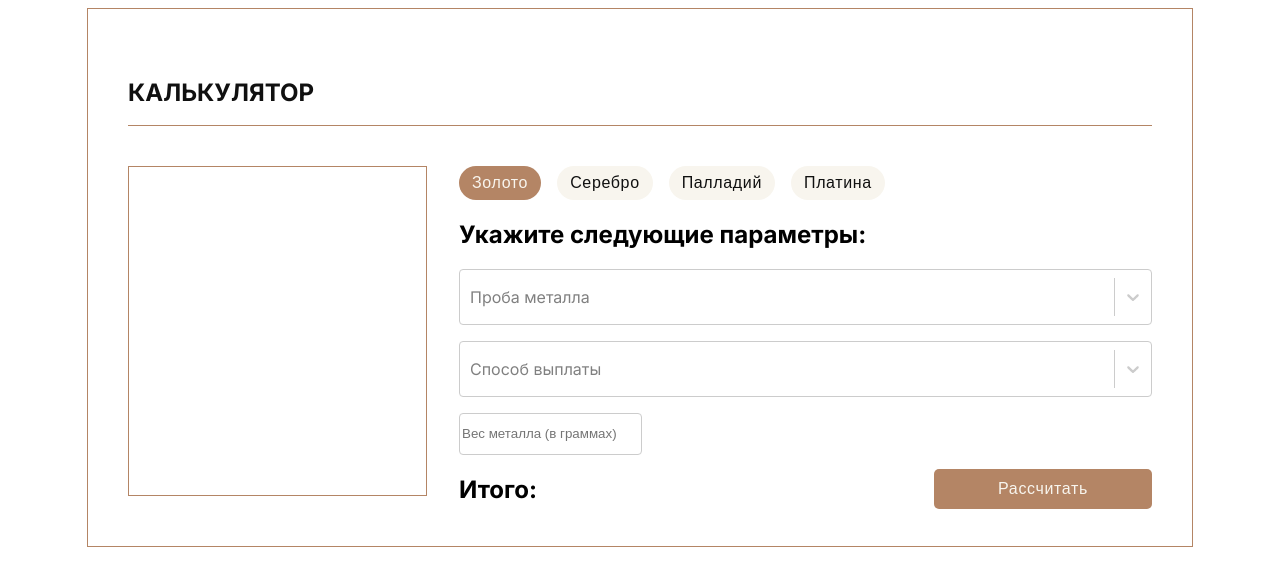
Repository: Kirill2034/Calculator-metal
Page: /
The author's editor kept a copy of each file at every save. The page is drawn from the files as they stood at one save, then again after the next save.
The browser window is 1280 px wide. The pictures show the whole page.
The project was rebuilt for these pictures with package versions that can differ from the ones it lists, and the page was loaded fresh each time.

Above is the page before, as saved 2021-11-27 20:18:19.

After the next save:
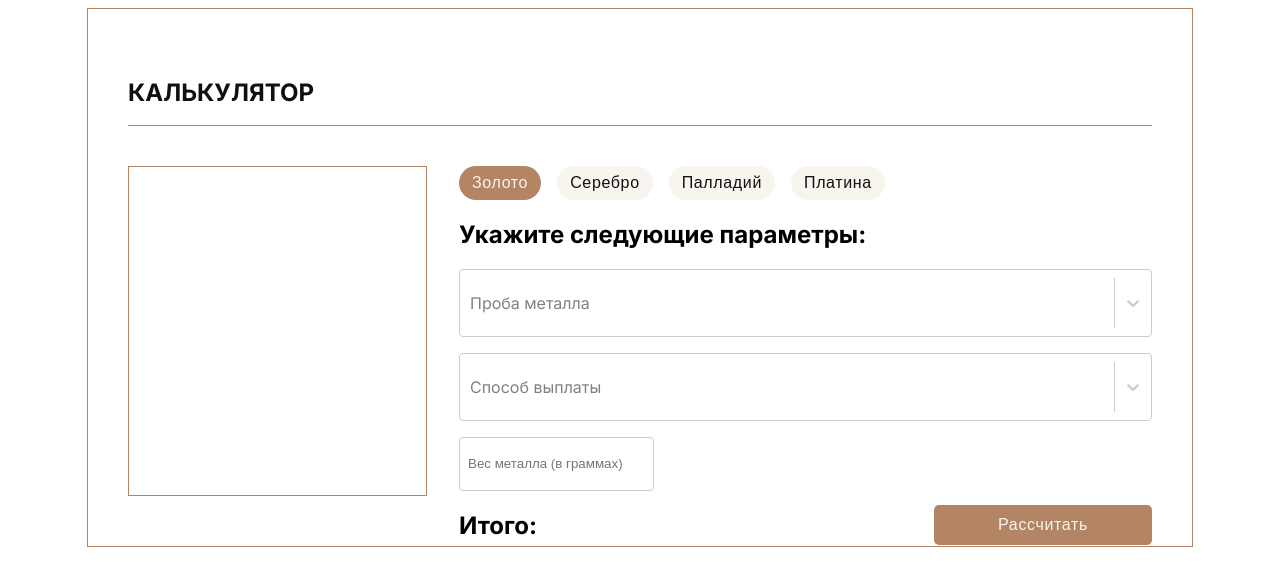
Saved 2 min 33 s later.
--- a/src/App.css
+++ b/src/App.css
@@ -6,5 +6,5 @@
 .App .calculator .content {width: 70%;}
 .App .calculator .calculate {display: flex; align-items: center; justify-content: space-between}
 .App .calculator .calculate button {border: none; box-shadow: none; outline: none; background: #B48565; border-radius: 5px; font-weight: normal; font-size: 16px; line-height: 24px; letter-spacing: 0.04em; color: #F8F5EE; padding: 8px 64px; cursor: pointer;}
-.App .calculator .select-prop-metal input {-webkit-box-align: center; align-items: center; background-color: hsl(0, 0%, 100%); border-color: hsl(0, 0%, 80%); border-radius: 4px; border-style: solid; border-width: 1px; cursor: default; display: flex; flex-wrap: wrap; -webkit-box-pack: justify; justify-content: space-between; min-height: 38px; outline: 0!important; position: relative; transition: all 100ms; box-sizing: border-box; height: 42px;}
+.App .calculator .select-prop-metal input {-webkit-box-align: center; align-items: center; background-color: hsl(0, 0%, 100%); border-color: hsl(0, 0%, 80%); border-radius: 4px; border-style: solid; border-width: 1px; cursor: default; display: flex; flex-wrap: wrap; -webkit-box-pack: justify; justify-content: space-between; min-height: 38px; outline: 0!important; position: relative; transition: all 100ms; box-sizing: border-box; height: 54px; padding: 2px 8px;}
 .App .select {margin-bottom: 16px;}
